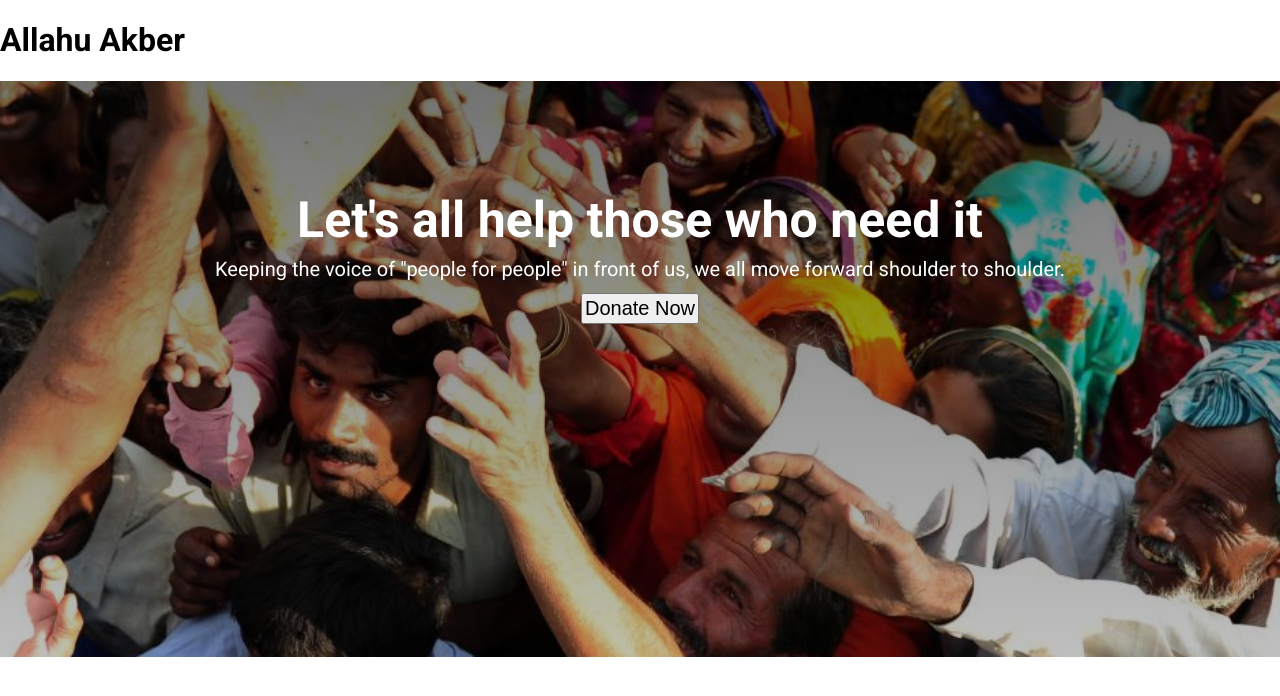
Repository: zjria/suppert-the-helpness
Page: index.html
An editor plug-in stored every save of this project. The page is shown before and after the next save, followed by the edit.
The browser window is 1280 px wide. The pictures show the whole page.

Above is the page before, as saved 2022-08-24 22:02:37.

After the next save:
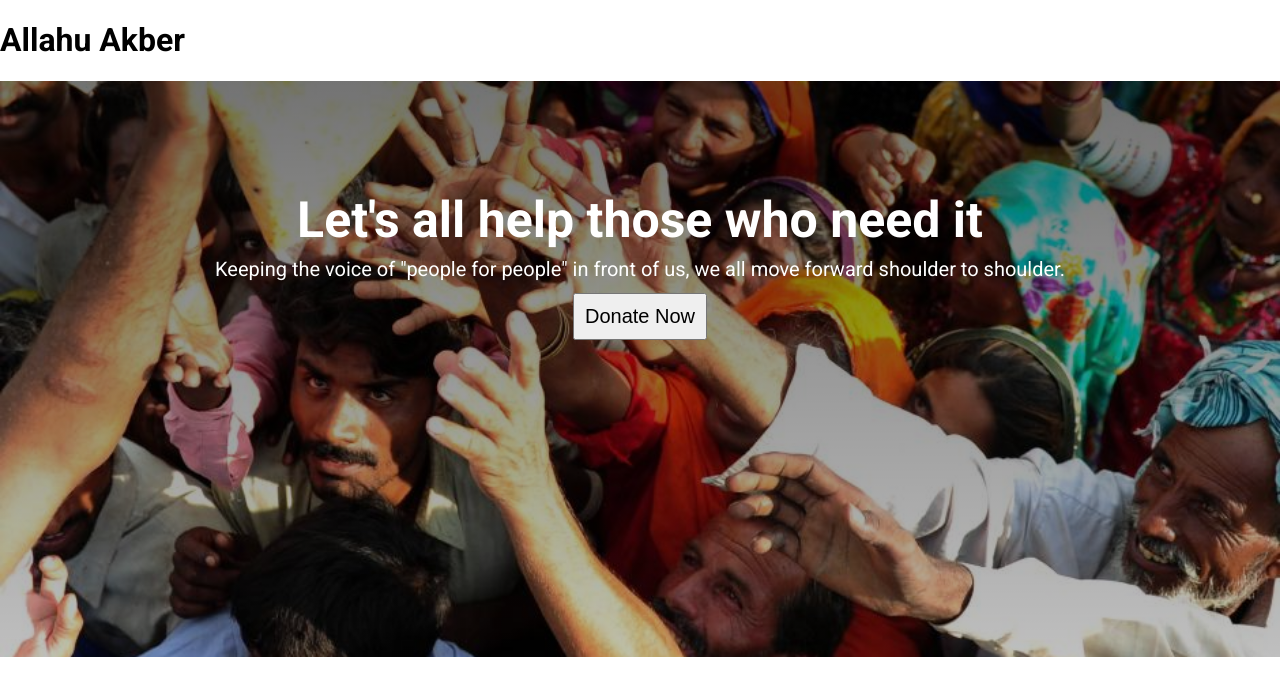
Saved 9 s later.
--- a/style.css
+++ b/style.css
@@ -36,7 +36,6 @@
 
 .header-text button {
     font-size: 20px;
-    padding: 2px;
-    margin: 0px 0px 10px 0px;
-    font: bolder;
+    padding: 10px;
+
 }
